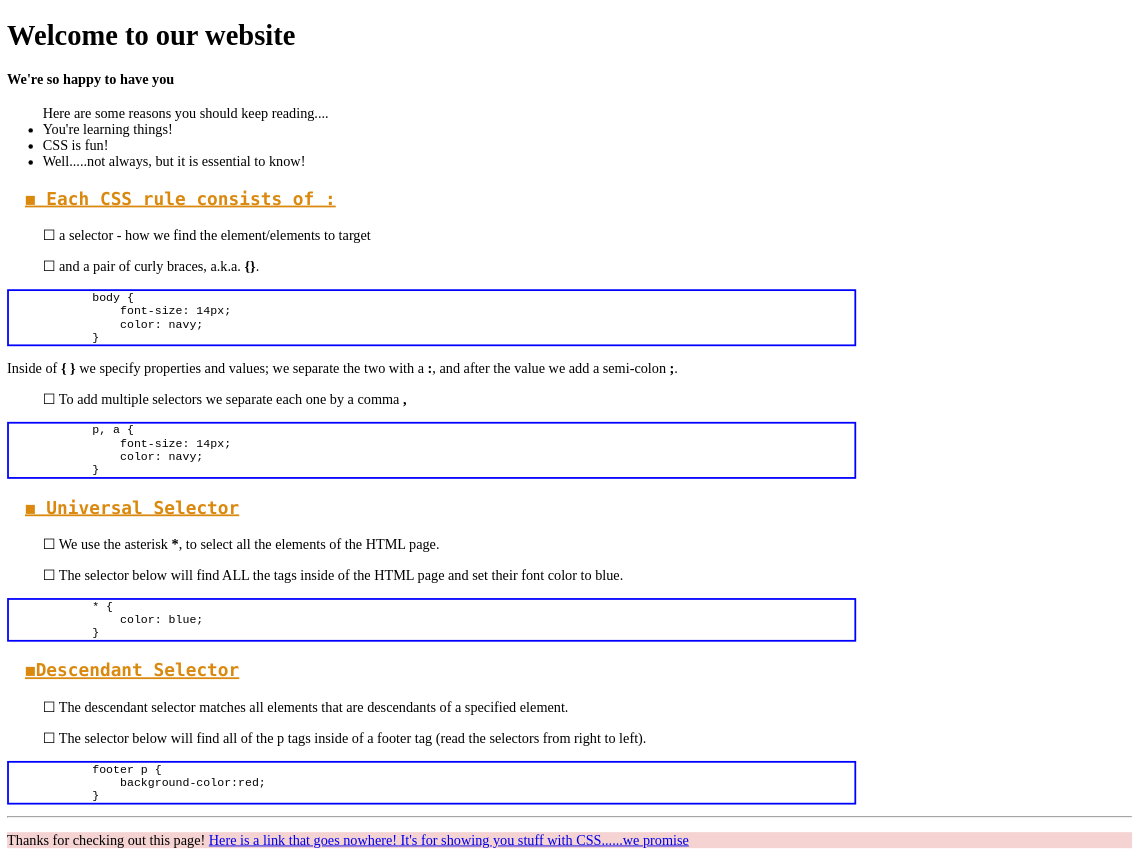
Repository: AnnaSpirit/Tests__
Page: CSS/Useful_Selectors.html
These files come from the project's save history. The page is drawn as it stood at one moment and after the next save; the edit follows.
The browser window is 1280 px wide. The pictures show the whole page, at 89% of full size.

Above is the page before, as saved 2024-04-01 17:36:45.

### CSS/Useful_Selectors.html
<!DOCTYPE html>
<html lang="en">
<head>
    <meta charset="UTF-8">
    <meta name="viewport" content="width=device-width, initial-scale=1.0">
    <title>Useful Selectors</title>
    <link rel="stylesheet" href="style_Selectors.css">
</head>
<body>
    <header>
        <h1>Welcome to our website</h1>
        <h4>We're so happy to have you</h4>
    </header>
    <section>
        <ul> Here are some reasons you should keep reading....
            <li>You're learning things!</li>
            <li>CSS is fun!</li>
            <li>Well.....not always, but it is essential to know!</li>
        </ul>
    </section>
    <section>
        <h3 style="padding-left: 20px;"> &#9724; Each CSS rule consists of :</h3>
            <p style="padding-left: 40px;"> &#9744; a selector - how we find the element/elements to target</p>
            <p style="padding-left: 40px;"> &#9744; and a pair of curly braces, a.k.a. <b>{}</b>.</p>
    <span >
        <pre style="border: 2px solid blue; margin-right: 310px">
            body {
                font-size: 14px;
                color: navy;
            }</pre></span>
    <p>Inside of <b>{ }</b> we specify properties and values; we separate the two with a <b>:</b>, and after the value we add a semi-colon <b>;</b>.</p>
            <p style="padding-left: 40px;"> &#9744; To add multiple selectors we separate each one by a comma <b>,</b></p>
    <span>
        <pre style="border: 2px solid blue; margin-right: 310px">
            p, a {
                font-size: 14px;
                color: navy;
            }</pre>
        </span>
        <h3 style="padding-left: 20px;"> &#9724; Universal Selector</h3>
        <p style="padding-left: 40px;">&#9744; We use the asterisk <b>*</b>, to select all the elements of the HTML page.</p>
        <p style="padding-left: 40px;">&#9744; The selector below will find ALL the tags inside of the HTML page and set their font color to blue.</p>
    <span>
        <pre style="border: 2px solid blue; margin-right: 310px">
            * {
                color: blue;
            }</pre>
    </span>
    <h3 style="padding-left: 20px;"> &#9724;Descendant Selector</h3>
    <p style="padding-left: 40px;">&#9744; The descendant selector matches all elements that are descendants of a specified element.</p>
    <p style="padding-left: 40px;">&#9744; The selector below will find all of the p tags inside of a footer tag (read the selectors from right to left).</p>
    <span>
        <pre style="border: 2px solid blue; margin-right: 310px">
            footer p {
                background-color:red;
            }</pre>
    </span>

    </section>
    <hr>
    <footer>

        <p>
            Thanks for checking out this page!
            <a href="#">Here is a link that goes nowhere! It's for showing you stuff with CSS......we promise</a>
        </p>
    </footer>
</body>
</html>

### CSS/style_Selectors.css
/* Universal Selector */
/* * {
    color: brown;
} */

h3{
    color: rgb(218, 137, 14);
    font-family: "Lucida Console", Monaco, monospace;
    font-size: 20px;
    color: #DA890E;
    text-decoration: underline rgb(218, 137, 14);
}

footer p {
    background-color: rgb(245, 211, 211);
}

After the next save:
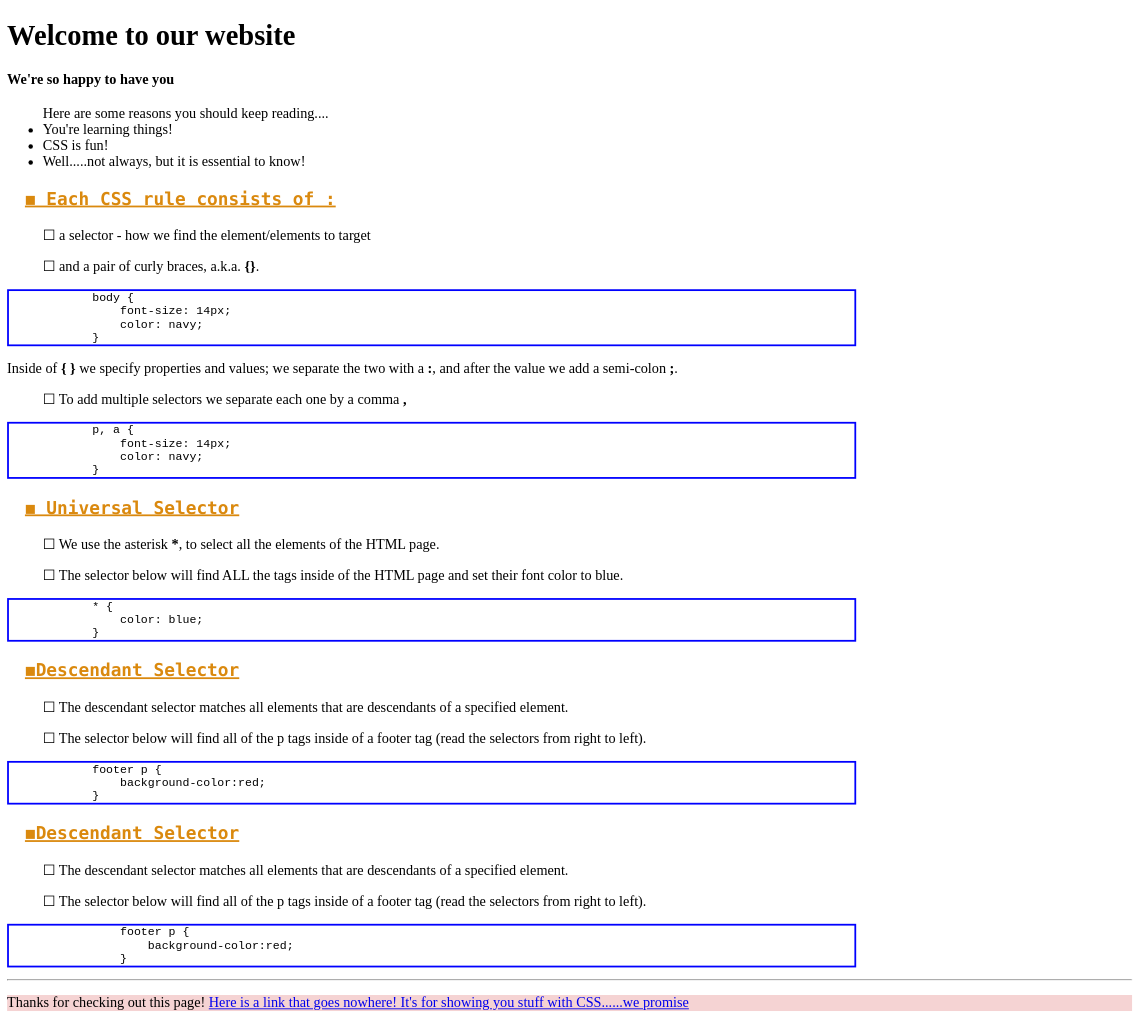
Saved 54 s later.
--- a/CSS/Useful_Selectors.html
+++ b/CSS/Useful_Selectors.html
@@ -55,7 +55,17 @@
                 background-color:red;
             }</pre>
     </span>
-
+    <h3 style="padding-left: 20px;"> &#9724;Descendant Selector</h3>
+    <p style="padding-left: 40px;">&#9744; The descendant selector matches all elements that are descendants of a specified
+        element.</p>
+    <p style="padding-left: 40px;">&#9744; The selector below will find all of the p tags inside of a footer tag (read the
+        selectors from right to left).</p>
+    <span>
+        <pre style="border: 2px solid blue; margin-right: 310px">
+                footer p {
+                    background-color:red;
+                }</pre>
+    </span>
     </section>
     <hr>
     <footer>
